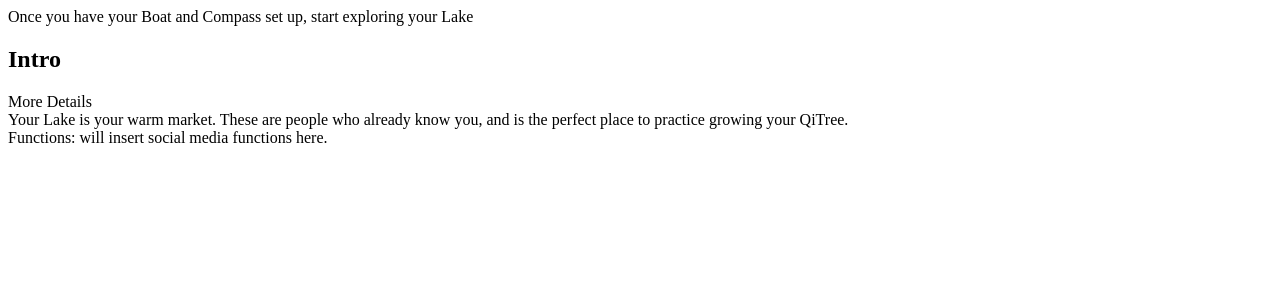
Repository: DevZubair/ionic-test
Page: www/templates/lake.html
The author's editor kept a record of every edit. The page is drawn from the files as they stood at one moment, then again after the next edit.
The browser window is 1280 px wide. The pictures show the whole page.

Above is the page before.

### www/templates/lake.html
<ion-view view-title="Explore Your Lake">
  <ion-content>
    <div class="panel">
      Once you have your Boat and Compass set up, start exploring your Lake
    </div>
     <div class="card">
      <div class="item item-divider">
        <h2>Intro</h2>
      </div>
      <div class="item item-text-wrap">
        <div>More Details </div>
        <div> Your Lake is your warm market.  These are people who already know you, and is the perfect place to practice growing your QiTree. </div>
        <div> Functions: will insert social media functions here. </div>
      </div>
    </div>



  </ion-content>
</ion-view>

After the next edit:
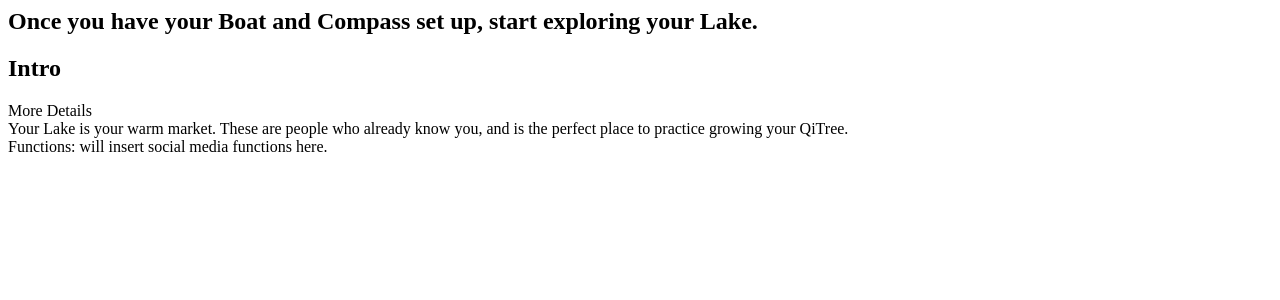
The edit:
--- a/www/templates/lake.html
+++ b/www/templates/lake.html
@@ -1,7 +1,7 @@
 <ion-view view-title="Explore Your Lake">
   <ion-content>
     <div class="panel">
-      Once you have your Boat and Compass set up, start exploring your Lake
+      <h2>Once you have your Boat and Compass set up, start exploring your Lake. </h2>
     </div>
      <div class="card">
       <div class="item item-divider">
